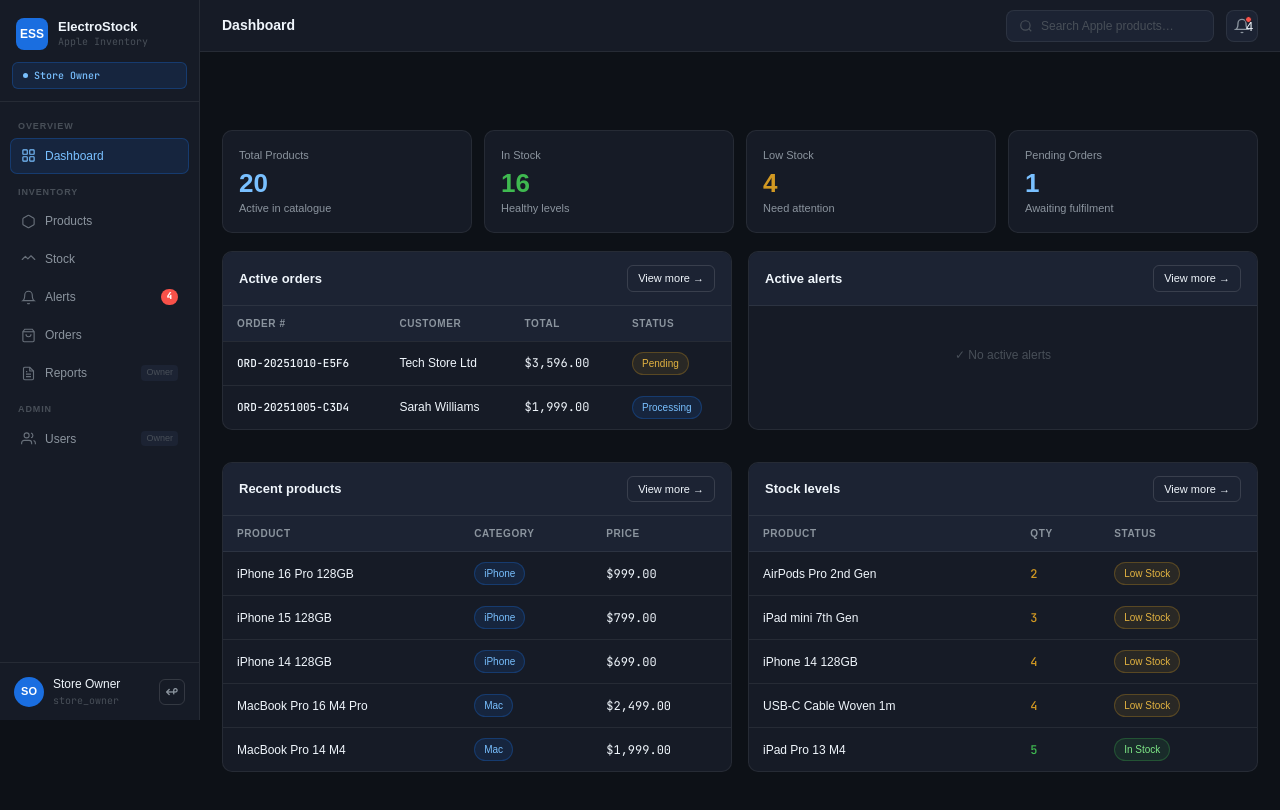
Repository: aayushaabsnss-web/ElectroStock-Solutions
Page: http://localhost/ESS/dashboard/index.php
The author's editor kept a copy of each file at every save. The page is drawn from the files as they stood at one save, then again after the next save.
The browser window is 1280 px wide. The pictures show the whole page.
Some web fonts or font styles are not loaded; a fallback is used. The page is run by PHP 8.4 with error messages shown; the project is at /var/www/html/. The session is filled in as if someone had signed in: {"uid": 1, "name": "Store Owner", "role": "store_owner"}. The database holds what the project's SQL file puts in it.

Above is the page before, as saved 2026-05-13 08:51:19.

After the next save:
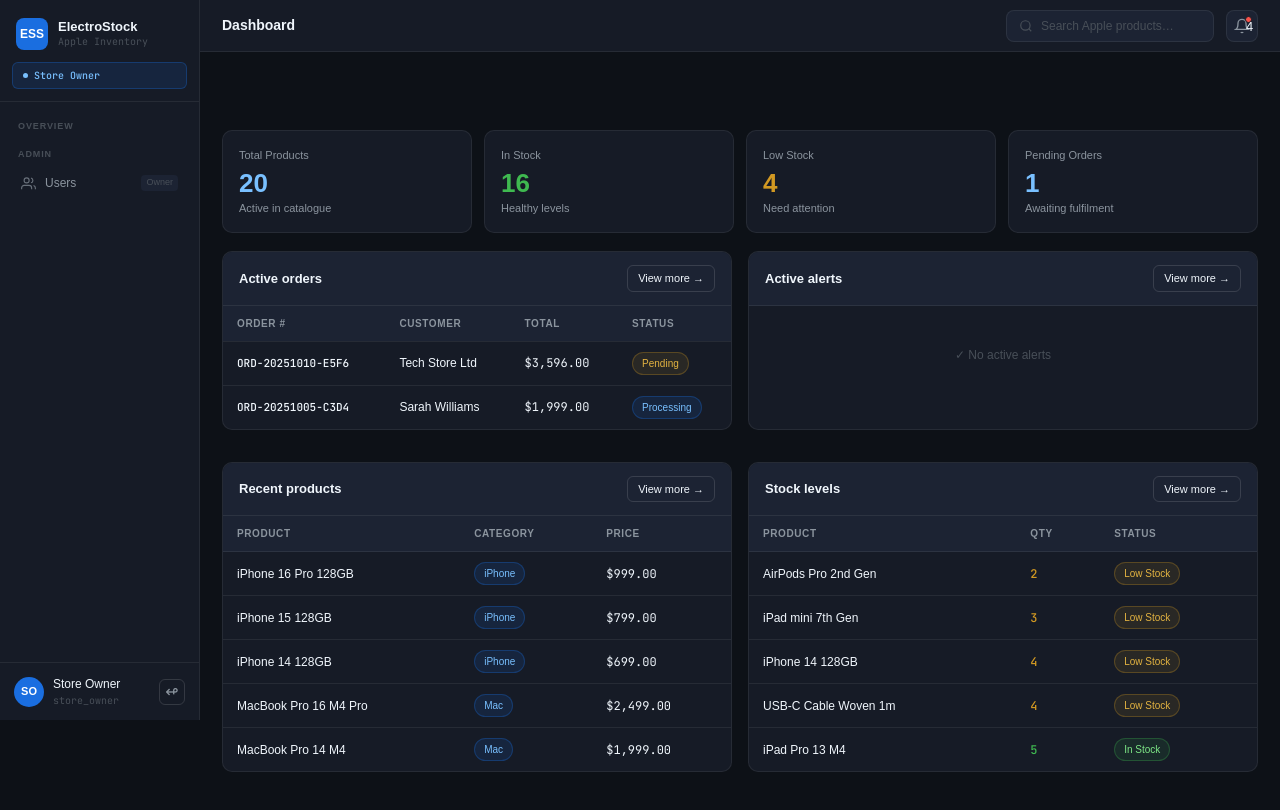
Saved 14 s later.
--- a/includes/sidebar.php
+++ b/includes/sidebar.php
@@ -11,34 +11,6 @@
   </div>
   <nav class="sb-nav">
     <div class="nl">Overview</div>
-    <a class="ni <?= ($a??'')==='dash'?'active':'' ?>" href="<?= BASE ?>dashboard/index.php">
-      <svg width="15" height="15" viewBox="0 0 24 24" fill="none" stroke="currentColor" stroke-width="1.8"><rect x="3" y="3" width="7" height="7" rx="1"/><rect x="14" y="3" width="7" height="7" rx="1"/><rect x="3" y="14" width="7" height="7" rx="1"/><rect x="14" y="14" width="7" height="7" rx="1"/></svg>
-      Dashboard
-    </a>
-    <div class="nl">Inventory</div>
-    <a class="ni <?= ($a??'')==='products'?'active':'' ?>" href="<?= BASE ?>products/index.php">
-      <svg width="15" height="15" viewBox="0 0 24 24" fill="none" stroke="currentColor" stroke-width="1.8"><path d="M21 16V8a2 2 0 00-1-1.73l-7-4a2 2 0 00-2 0l-7 4A2 2 0 003 8v8a2 2 0 001 1.73l7 4a2 2 0 002 0l7-4A2 2 0 0021 16z"/></svg>
-      Products
-    </a>
-    <a class="ni <?= ($a??'')==='stock'?'active':'' ?>" href="<?= BASE ?>stock/index.php">
-      <svg width="15" height="15" viewBox="0 0 24 24" fill="none" stroke="currentColor" stroke-width="1.8"><path d="M2 12l5-5 4 4 5-5 6 6" stroke-linecap="round" stroke-linejoin="round"/></svg>
-      Stock
-    </a>
-    <a class="ni <?= ($a??'')==='monitoring'?'active':'' ?>" href="<?= BASE ?>monitoring/index.php">
-      <svg width="15" height="15" viewBox="0 0 24 24" fill="none" stroke="currentColor" stroke-width="1.8"><path d="M18 8A6 6 0 006 8c0 7-3 9-3 9h18s-3-2-3-9"/><path d="M13.73 21a2 2 0 01-3.46 0"/></svg>
-      Alerts
-      <?php $ac=alertCount($conn); if($ac>0): ?><span class="nb"><?= $ac ?></span><?php endif; ?>
-    </a>
-    <a class="ni <?= ($a??'')==='orders'?'active':'' ?>" href="<?= BASE ?>orders/index.php">
-      <svg width="15" height="15" viewBox="0 0 24 24" fill="none" stroke="currentColor" stroke-width="1.8"><path d="M6 2L3 6v14a2 2 0 002 2h14a2 2 0 002-2V6l-3-4z"/><line x1="3" y1="6" x2="21" y2="6"/><path d="M16 10a4 4 0 01-8 0"/></svg>
-      Orders
-    </a>
-    <?php if(isOwner()): ?>
-    <a class="ni <?= ($a??'')=='reports'?'active':'' ?>" href="<?= BASE ?>reports/index.php">
-      <svg width="15" height="15" viewBox="0 0 24 24" fill="none" stroke="currentColor" stroke-width="1.8"><path d="M14 2H6a2 2 0 00-2 2v16a2 2 0 002 2h12a2 2 0 002-2V8z"/><path d="M14 2v6h6M16 13H8M16 17H8M10 9H8"/></svg>
-      Reports <span class="nav-lock">Owner</span>
-    </a>
-    <?php endif; ?>
     <?php if(isOwner()): ?>
     <div class="nl">Admin</div>
     <a class="ni <?= ($a??'')==='users'?'active':'' ?>" href="<?= BASE ?>auth/register.php">
